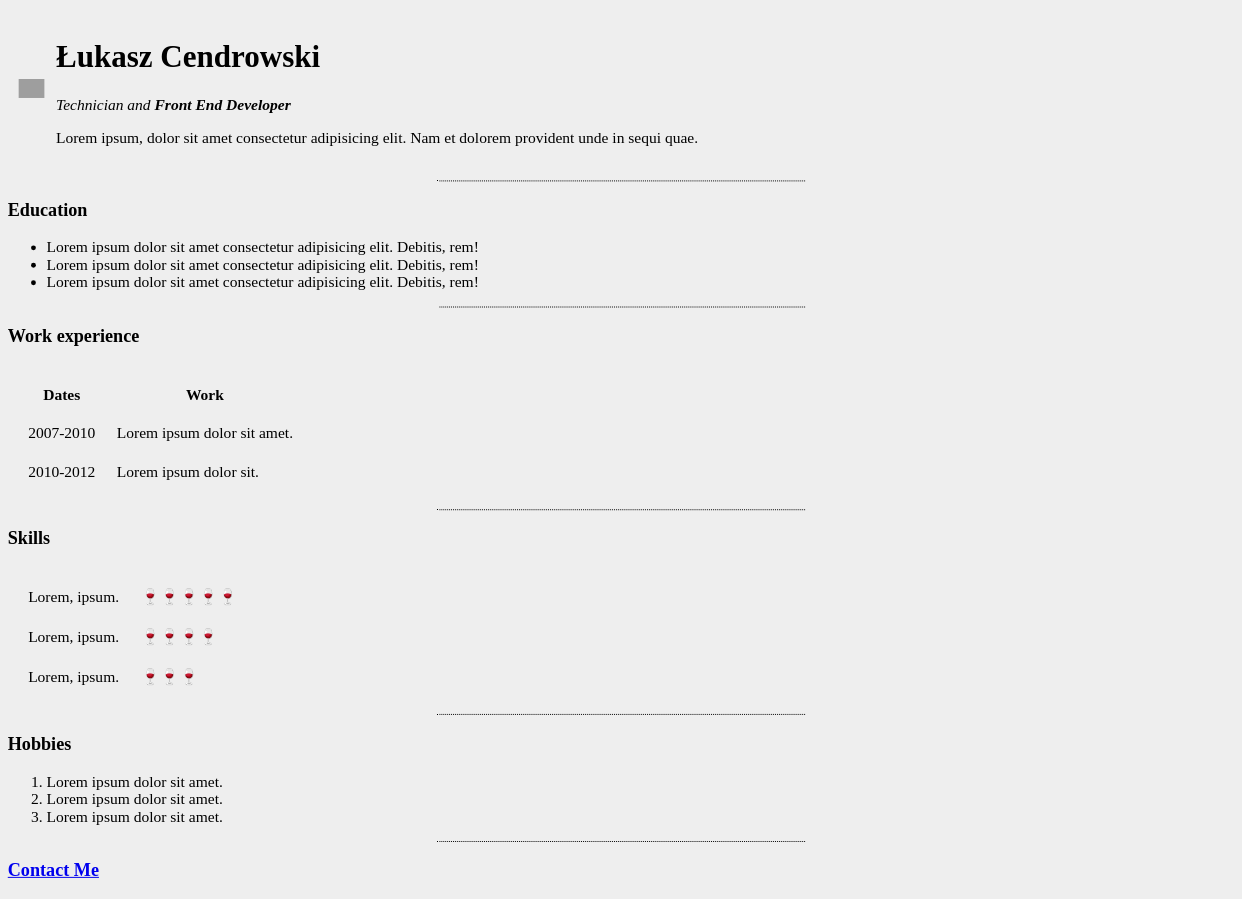
Repository: Isanderr/simple_landing_page-1
Page: index.html
These files come from the project's save history. The page is drawn as it stood at one moment and after the next save; the edit follows.
The browser window is 1280 px wide. The pictures show the whole page, at 97% of full size.
Pictures or frames that could not be fetched are drawn as grey boxes.

Above is the page before, as saved 2019-01-29 11:43:20.

After the next save:
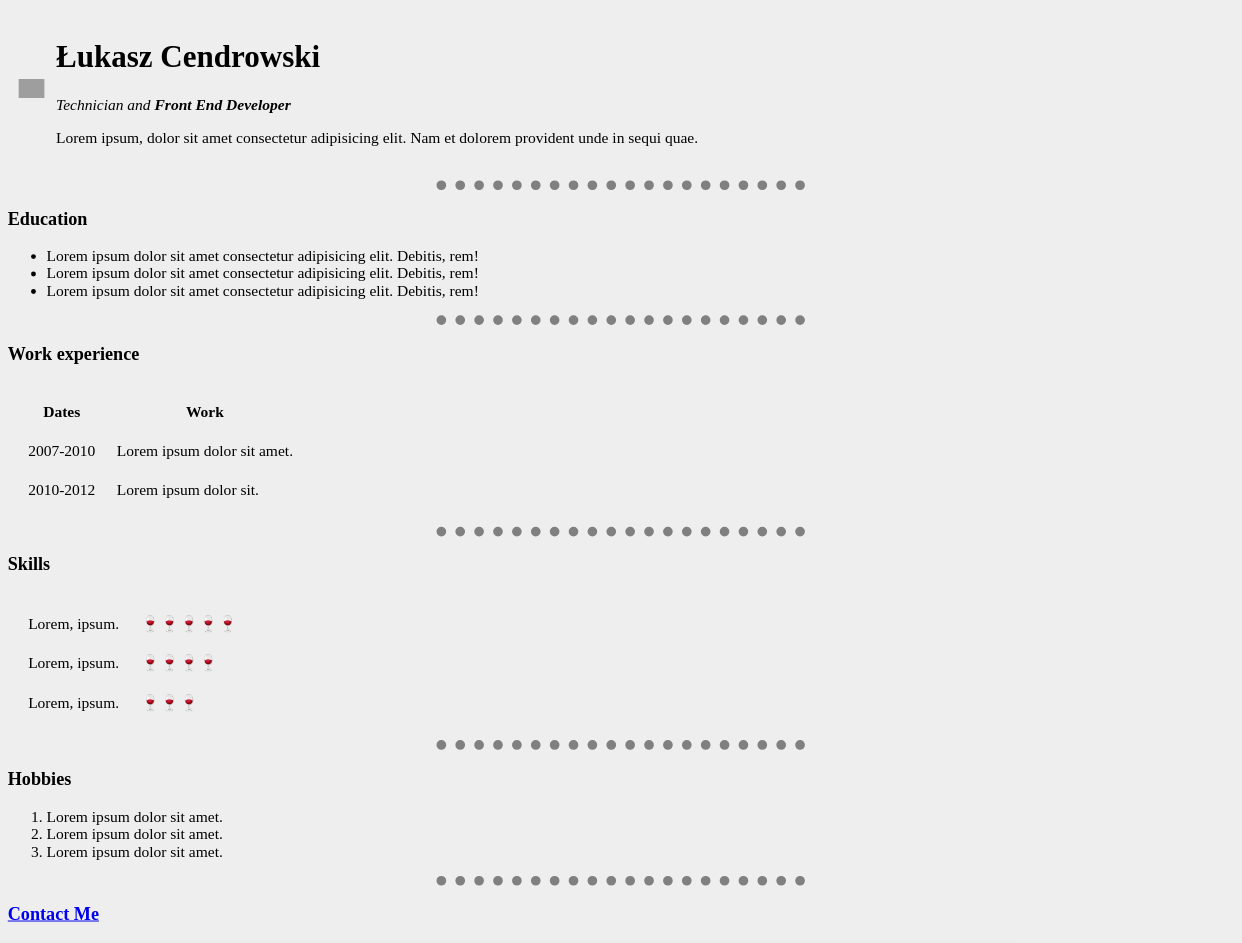
Saved 65 s later.
--- a/index.html
+++ b/index.html
@@ -15,6 +15,8 @@
                 border-style: none;
                 border-top-style: dotted;
                 width: 30%;
+                border-color: grey;
+                border-width: 10px;
             }
 
             img {
